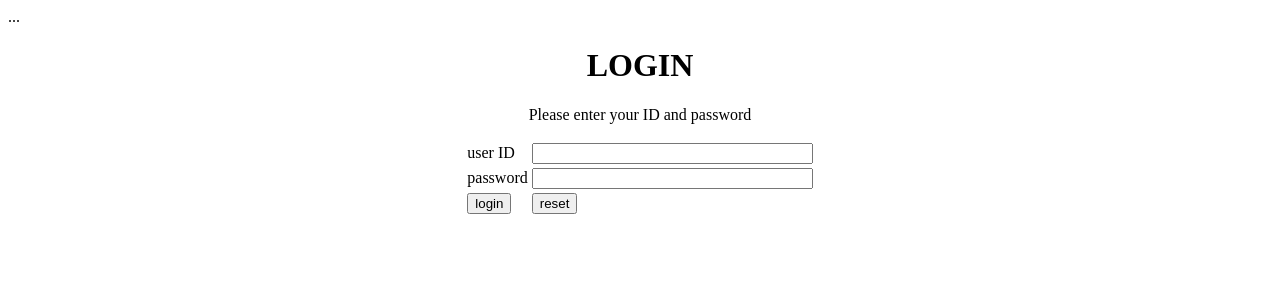
Repository: houki-sam/eclipse
Page: http://localhost/chocobanana/login.jsp
These files come from the project's save history. The page is drawn as it stood at one moment and after the next save; the edit follows.
The browser window is 1280 px wide. The pictures show the whole page.
The page is served by Tomcat 9.

Above is the page before, as saved 2020-07-13 14:02:56.

After the next save:
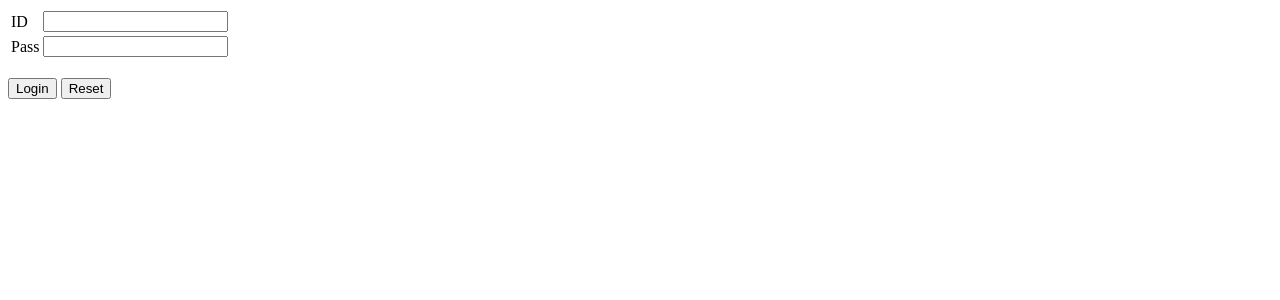
Saved 4 min 0 s later.
--- a/chocobanana/WebContent/login.jsp
+++ b/chocobanana/WebContent/login.jsp
@@ -1,33 +1,22 @@
 <html>
-	<head>
-		<title>login</title>
-		<meta http-equiv="Content-Type" content="text/html; charset=utf-8"/>
-...
-	</head>
-	<body>
+<head><title>login page</title></head>
+<body>
 
-	<center>
-		<h1>LOGIN</h1>
+<form method="post" action='<%= response.encodeURL("j_security_check")%>'>
+<table>
+    <tr>
+        <td>ID</td>
+        <td> <input type="text" name="j_username"></td>
+    </tr>
+    <tr>
+        <td>Pass</td>
+        <td><input type="password" name="j_password"></td>
+    </tr>
+</table>
+<br>
+<input type="submit" value="Login" name="submit">
+<input type="reset" value="Reset" name="reset">
+</form>
 
-		<p>Please enter your ID and password</p>
-
-	<form method="POST" action="j_security_check" name="loginform">
-	<table>
-	<tr>
-	<td>user ID</td>
-	<td><input type="text" name="j_username" size="32"></td>
-	</tr>
-	<tr>
-	<td>password</td>
-	<td><input type="password" name="j_password" size="32"></td>
-	</tr>
-	<tr>
-	<td><input type="submit" value="login"></td>
-	<td><input type="reset" value="reset"></td>
-	</tr>
-	</table>
-	</form>
-	</center>
-
-	</body>
+</body>
 </html>
